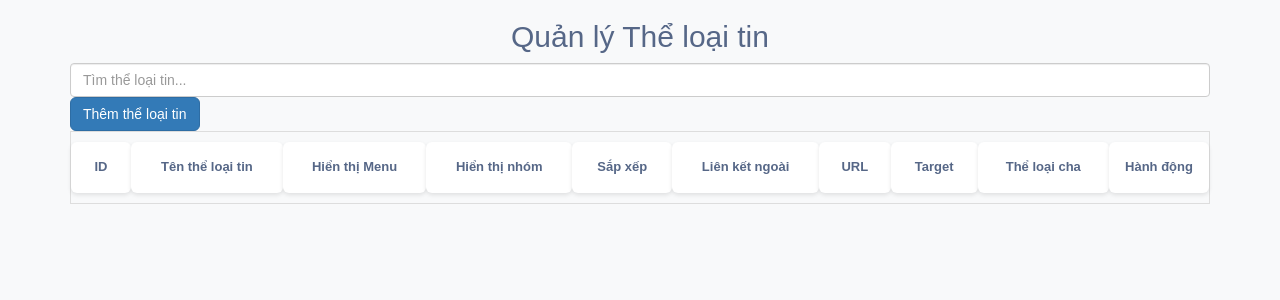
Repository: Bui-Minh-Hieu/javaaaaa
Page: http://localhost/Admin_SICT_Web/ManagerCategory.jsp
The author's editor kept a copy of each file at every save. The page is drawn from the files as they stood at one save, then again after the next save.
The browser window is 1280 px wide. The pictures show the whole page.
Some web fonts or font styles are not loaded; a fallback is used. The page is served by Tomcat 9. Nobody is signed in. The application's start-up code is not run. The template is opened directly, without the code that normally fills it, so the values that code supplies are empty.

Above is the page before, as saved 2025-05-17 18:01:47.

After the next save:
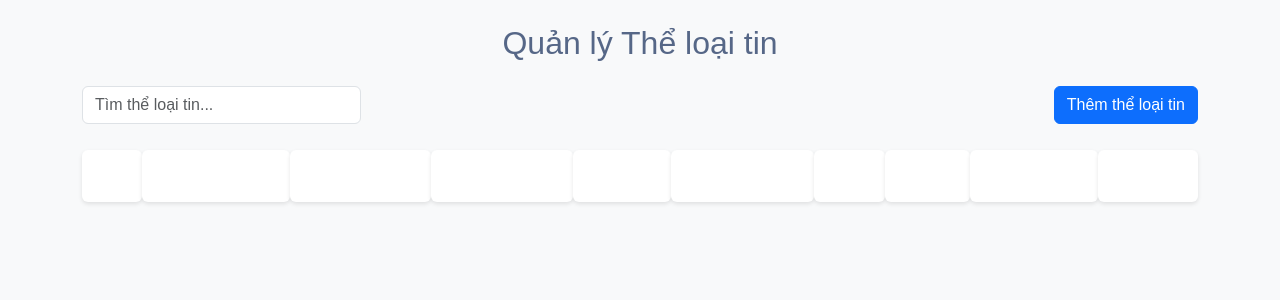
Saved 50 s later.
--- a/SICT_Web/Admin_SICT_Web/src/main/webapp/ManagerCategory.jsp
+++ b/SICT_Web/Admin_SICT_Web/src/main/webapp/ManagerCategory.jsp
@@ -6,13 +6,13 @@
     <meta charset="utf-8">
     <meta http-equiv="X-UA-Compatible" content="IE=edge">
     <meta name="viewport" content="width=device-width, initial-scale=1">
-    <title>Quản lý tin tức</title>
+    <title>Quản lý Thể loại tin</title>
     <link rel="stylesheet" href="https://fonts.googleapis.com/css?family=Roboto|Varela+Round">
     <link rel="stylesheet" href="https://fonts.googleapis.com/icon?family=Material+Icons">
-    <link rel="stylesheet" href="https://maxcdn.bootstrapcdn.com/font-awesome/4.7.0/css/font-awesome.min.css">
-    <link rel="stylesheet" href="https://maxcdn.bootstrapcdn.com/bootstrap/3.3.7/css/bootstrap.min.css">
-    <script src="https://ajax.googleapis.com/ajax/libs/jquery/1.12.4/jquery.min.js"></script>
-    <script src="https://maxcdn.bootstrapcdn.com/bootstrap/3.3.7/js/bootstrap.min.js"></script>
+    <link rel="stylesheet" href="https://cdn.jsdelivr.net/npm/bootstrap@5.3.3/dist/css/bootstrap.min.css">
+    <link rel="stylesheet" href="https://cdnjs.cloudflare.com/ajax/libs/font-awesome/4.7.0/css/font-awesome.min.css">
+    <script src="https://cdn.jsdelivr.net/npm/bootstrap@5.3.3/dist/js/bootstrap.bundle.min.js"></script>
+    <script src="https://ajax.googleapis.com/ajax/libs/jquery/3.7.1/jquery.min.js"></script>
     <link href="css/manager.css" rel="stylesheet" type="text/css"/>
     <style>
         .table img {
